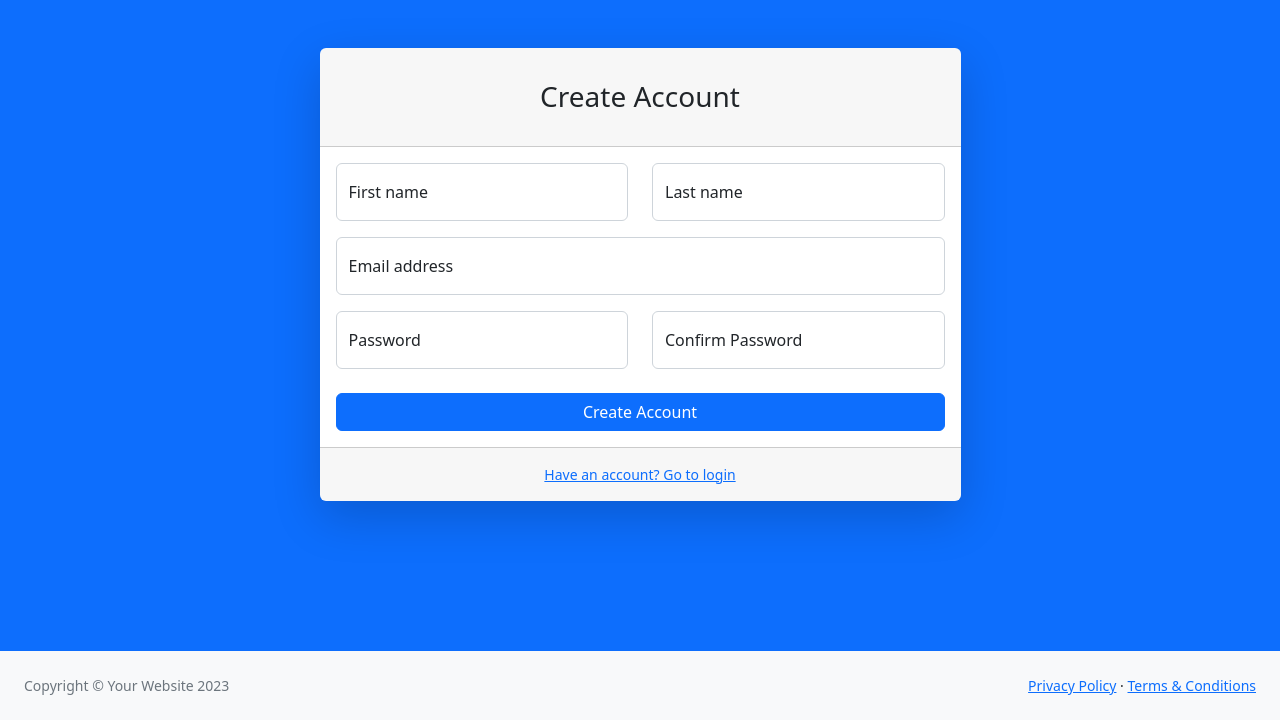
Repository: EstefaMH/Dashboard
Page: register.html
An editor plug-in stored every save of this project. The page is shown before and after the next save, followed by the edit.
The browser window is 1280 px wide. The pictures show the whole page.
Some web libraries are served in a nearby version.

Above is the page before, as saved 2023-12-25 22:40:55.

### register.html
<!DOCTYPE html>
<html lang="en">
    <head>
        <meta charset="utf-8" />
        <meta http-equiv="X-UA-Compatible" content="IE=edge" />
        <meta name="viewport" content="width=device-width, initial-scale=1, shrink-to-fit=no" />
        <meta name="description" content="" />
        <meta name="author" content="" />
        <title>Registro - Admin</title>
        <link href="styles/styles.css" rel="stylesheet" />
        <script src="https://use.fontawesome.com/releases/v6.3.0/js/all.js" crossorigin="anonymous"></script>
    </head>
    <body class="bg-primary">
        <div id="layoutAuthentication">
            <div id="layoutAuthentication_content">
                <main>
                    <div class="container">
                        <div class="row justify-content-center">
                            <div class="col-lg-7">
                                <div class="card shadow-lg border-0 rounded-lg mt-5">
                                    <div class="card-header"><h3 class="text-center font-weight-light my-4">Create Account</h3></div>
                                    <div class="card-body">
                                        <form>
                                            <div class="row mb-3">
                                                <div class="col-md-6">
                                                    <div class="form-floating mb-3 mb-md-0">
                                                        <input class="form-control" id="inputFirstName" type="text" placeholder="Enter your first name" />
                                                        <label for="inputFirstName">First name</label>
                                                    </div>
                                                </div>
                                                <div class="col-md-6">
                                                    <div class="form-floating">
                                                        <input class="form-control" id="inputLastName" type="text" placeholder="Enter your last name" />
                                                        <label for="inputLastName">Last name</label>
                                                    </div>
                                                </div>
                                            </div>
                                            <div class="form-floating mb-3">
                                                <input class="form-control" id="inputEmail" type="email" placeholder="name@example.com" />
                                                <label for="inputEmail">Email address</label>
                                            </div>
                                            <div class="row mb-3">
                                                <div class="col-md-6">
                                                    <div class="form-floating mb-3 mb-md-0">
                                                        <input class="form-control" id="inputPassword" type="password" placeholder="Create a password" />
                                                        <label for="inputPassword">Password</label>
                                                    </div>
                                                </div>
                                                <div class="col-md-6">
                                                    <div class="form-floating mb-3 mb-md-0">
                                                        <input class="form-control" id="inputPasswordConfirm" type="password" placeholder="Confirm password" />
                                                        <label for="inputPasswordConfirm">Confirm Password</label>
                                                    </div>
                                                </div>
                                            </div>
                                            <div class="mt-4 mb-0">
                                                <div class="d-grid"><a class="btn btn-primary btn-block" href="login.html">Create Account</a></div>
                                            </div>
                                        </form>
                                    </div>
                                    <div class="card-footer text-center py-3">
                                        <div class="small"><a href="login.html">Have an account? Go to login</a></div>
                                    </div>
                                </div>
                            </div>
                        </div>
                    </div>
                </main>
            </div>
            <div id="layoutAuthentication_footer">
                <footer class="py-4 bg-light mt-auto">
                    <div class="container-fluid px-4">
                        <div class="d-flex align-items-center justify-content-between small">
                            <div class="text-muted">Copyright &copy; Your Website 2023</div>
                            <div>
                                <a href="#">Privacy Policy</a>
                                &middot;
                                <a href="#">Terms &amp; Conditions</a>
                            </div>
                        </div>
                    </div>
                </footer>
            </div>
        </div>
        <script src="https://cdn.jsdelivr.net/npm/bootstrap@5.2.3/dist/js/bootstrap.bundle.min.js" crossorigin="anonymous"></script>
        <script src="js/scripts.js"></script>
    </body>
</html>

### js/scripts.js
/*!
    * Start Bootstrap - SB Admin v7.0.7 (https://startbootstrap.com/template/sb-admin)
    * Copyright 2013-2023 Start Bootstrap
    * Licensed under MIT (https://github.com/StartBootstrap/startbootstrap-sb-admin/blob/master/LICENSE)
    */
    //
// Scripts
//

window.addEventListener('DOMContentLoaded', event => {

    // Toggle the side navigation
    const sidebarToggle = document.body.querySelector('#sidebarToggle');
    if (sidebarToggle) {
        // Uncomment Below to persist sidebar toggle between refreshes
        // if (localStorage.getItem('sb|sidebar-toggle') === 'true') {
        //     document.body.classList.toggle('sb-sidenav-toggled');
        // }
        sidebarToggle.addEventListener('click', event => {
            event.preventDefault();
            document.body.classList.toggle('sb-sidenav-toggled');
            localStorage.setItem('sb|sidebar-toggle', document.body.classList.contains('sb-sidenav-toggled'));
        });
    }

});

Loaded but not shown: styles/styles.css (library)

After the next save:
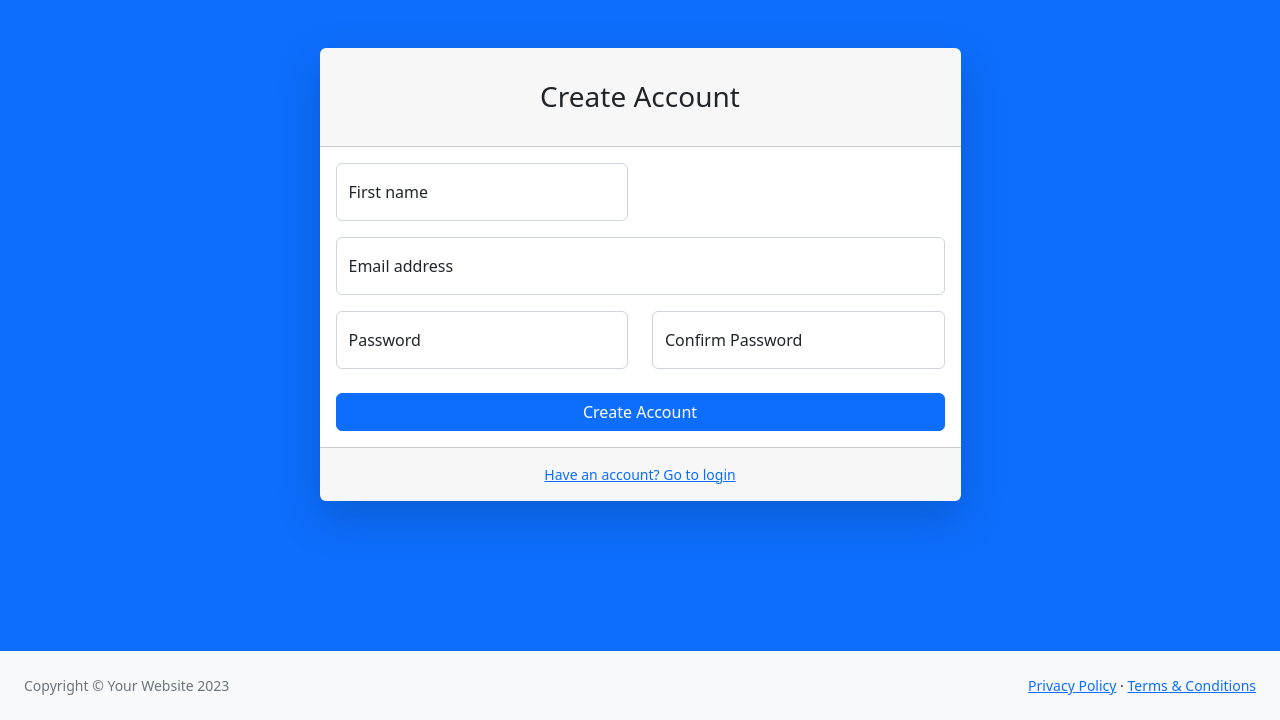
Saved 2 min 54 s later.
--- a/register.html
+++ b/register.html
@@ -28,12 +28,7 @@
                                                         <label for="inputFirstName">First name</label>
                                                     </div>
                                                 </div>
-                                                <div class="col-md-6">
-                                                    <div class="form-floating">
-                                                        <input class="form-control" id="inputLastName" type="text" placeholder="Enter your last name" />
-                                                        <label for="inputLastName">Last name</label>
-                                                    </div>
-                                                </div>
+
                                             </div>
                                             <div class="form-floating mb-3">
                                                 <input class="form-control" id="inputEmail" type="email" placeholder="name@example.com" />
